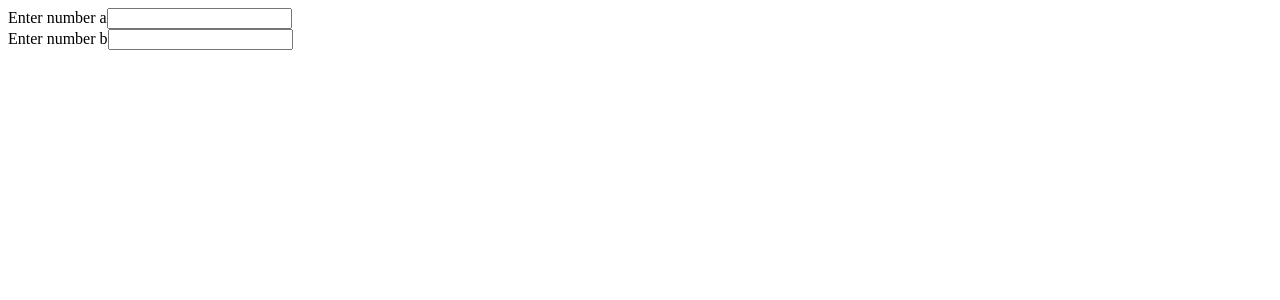
Repository: TarangPatel-Ai/J2EE
Page: WebApplication/src/main/webapp/index.html
The author's editor kept a copy of each file at every save. The page is drawn from the files as they stood at one save, then again after the next save.
The browser window is 1280 px wide. The pictures show the whole page.

Above is the page before, as saved 2025-10-19 15:02:54.

After the next save:
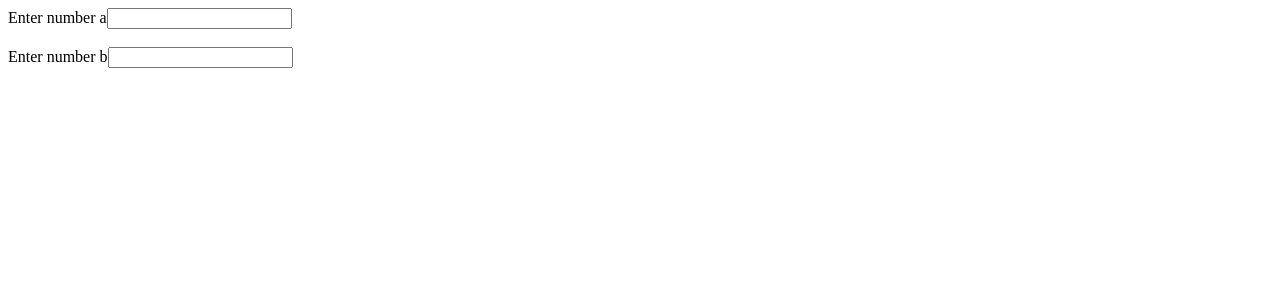
Saved 22 s later.
--- a/WebApplication/src/main/webapp/index.html
+++ b/WebApplication/src/main/webapp/index.html
@@ -6,8 +6,8 @@
 </head>
 <body>
 <form>
-	Enter number a<input type="text" name="noa"><br>
-	Enter number b<input type="text" name="nob"><br>
+	Enter number a<input type="text" name="noa"><br><br>
+	Enter number b<input type="text" name="nob"><br><br>
 </form>
 </body>
 </html>
